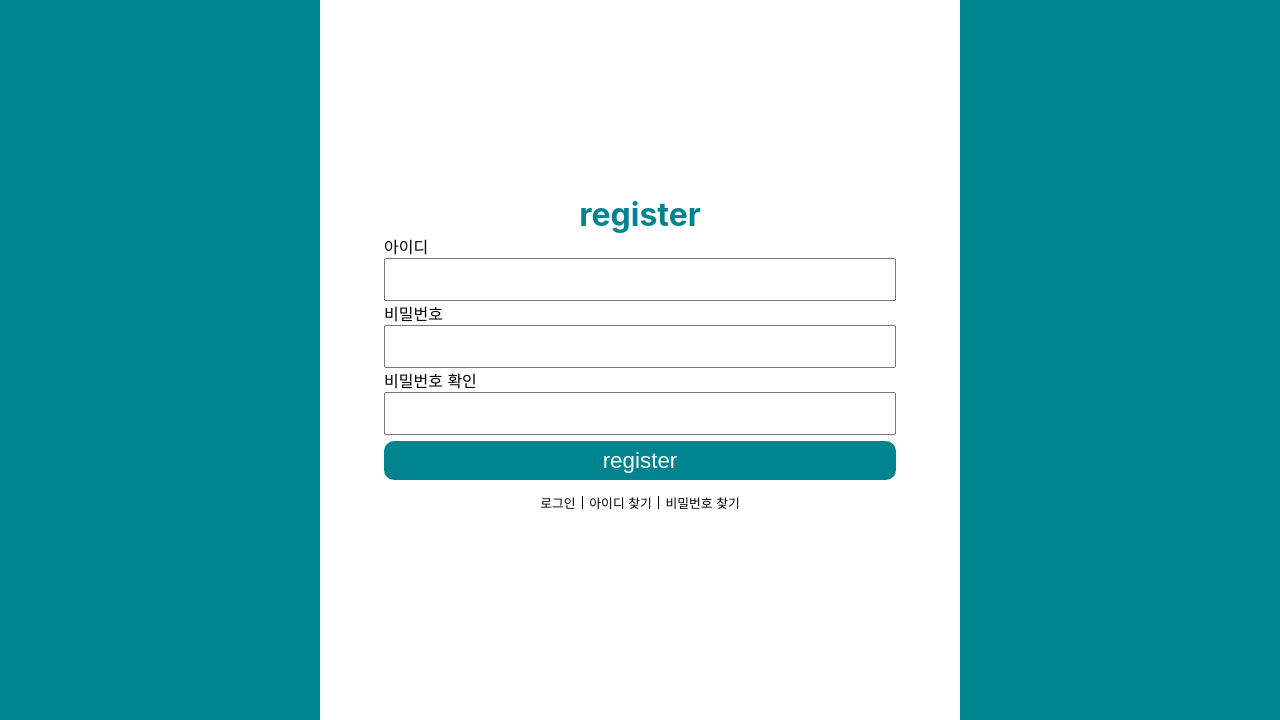
Repository: SeungYn/ticktickup-client
Page: /register
The author's editor kept a copy of each file at every save. The page is drawn from the files as they stood at one save, then again after the next save.
The browser window is 1280 px wide. The pictures show the whole page.
The project was rebuilt for these pictures with package versions that can differ from the ones it lists, and the page was loaded fresh each time. Also part of the build but not shown: src/App.tsx, src/pages/Main.tsx, src/pages/TimeDetail.tsx, src/pages/MyInfo.tsx, src/components/common/ConfirmModal.tsx, src/containers/auth/LoginFormContainer.tsx, src/pages/LoginPage.tsx.

Above is the page before, as saved 2023-01-04 01:09:03.

After the next save:
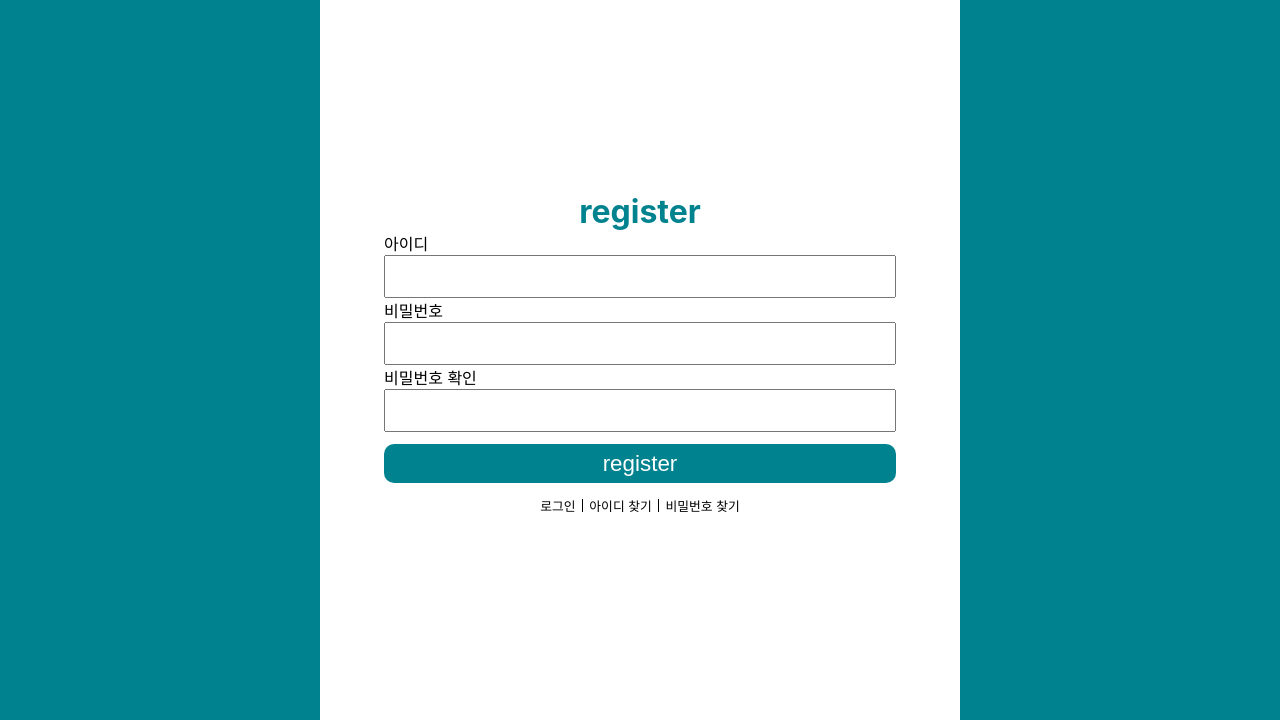
Saved 15 s later.
--- a/src/components/common/AuthBtn.tsx
+++ b/src/components/common/AuthBtn.tsx
@@ -13,7 +13,7 @@ const StyledInput = styled.button`
   border-radius: 10px;
   padding: 0.4rem 0;
   color: white;
-  margin-top: 0.4rem;
+  margin-top: 0.8rem;
   &:hover {
     cursor: pointer;
   }
